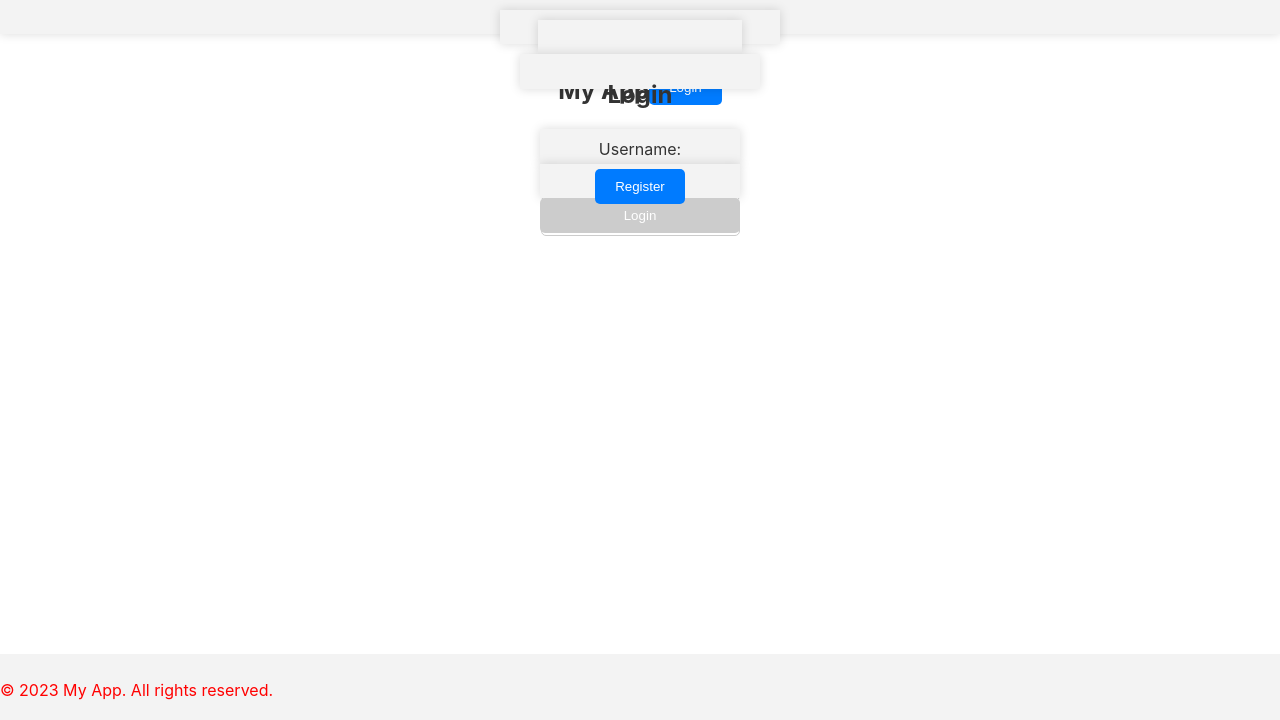
Repository: iMlearnDinG/react-app-v2
Page: /login
The author's editor kept a copy of each file at every save. The page is drawn from the files as they stood at one save, then again after the next save.
The browser window is 1280 px wide. The pictures show the whole page.
The page's requests for data from a server got no answer. The project was rebuilt for these pictures with package versions that can differ from the ones it lists, and the page was loaded fresh each time. No one was signed in, and anything a server would have sent is missing. Also part of the build but not shown: src/components/Register.js, src/components/Lobby.js, src/components/Game.js, src/components/Menu.js.

Above is the page before, as saved 2023-07-19 02:04:48.

After the next save:
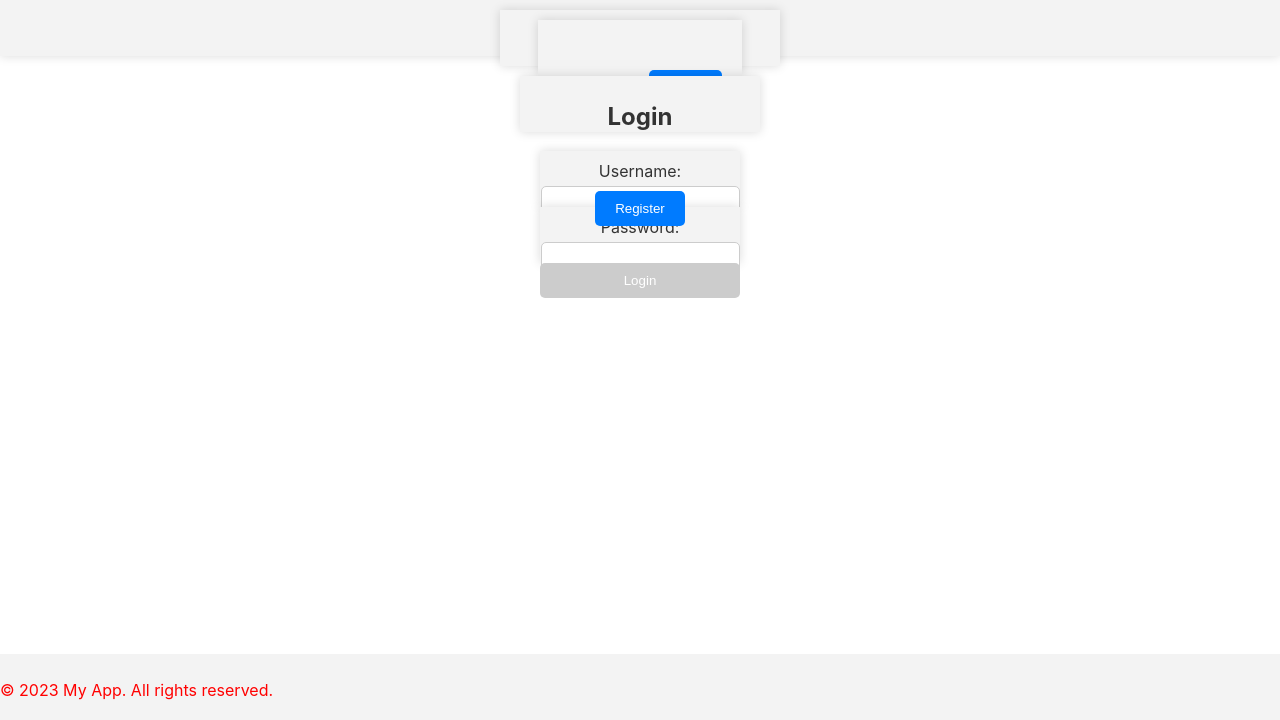
Saved 62 s later.
--- a/src/css/login.css
+++ b/src/css/login.css
@@ -3,7 +3,7 @@ div {
     flex-direction: column;
     align-items: center;
     justify-content: center;
-    height: 2vh;
+    height: 5vh;
     padding: 20px;
     background-color: #F3F3F3;
   }
